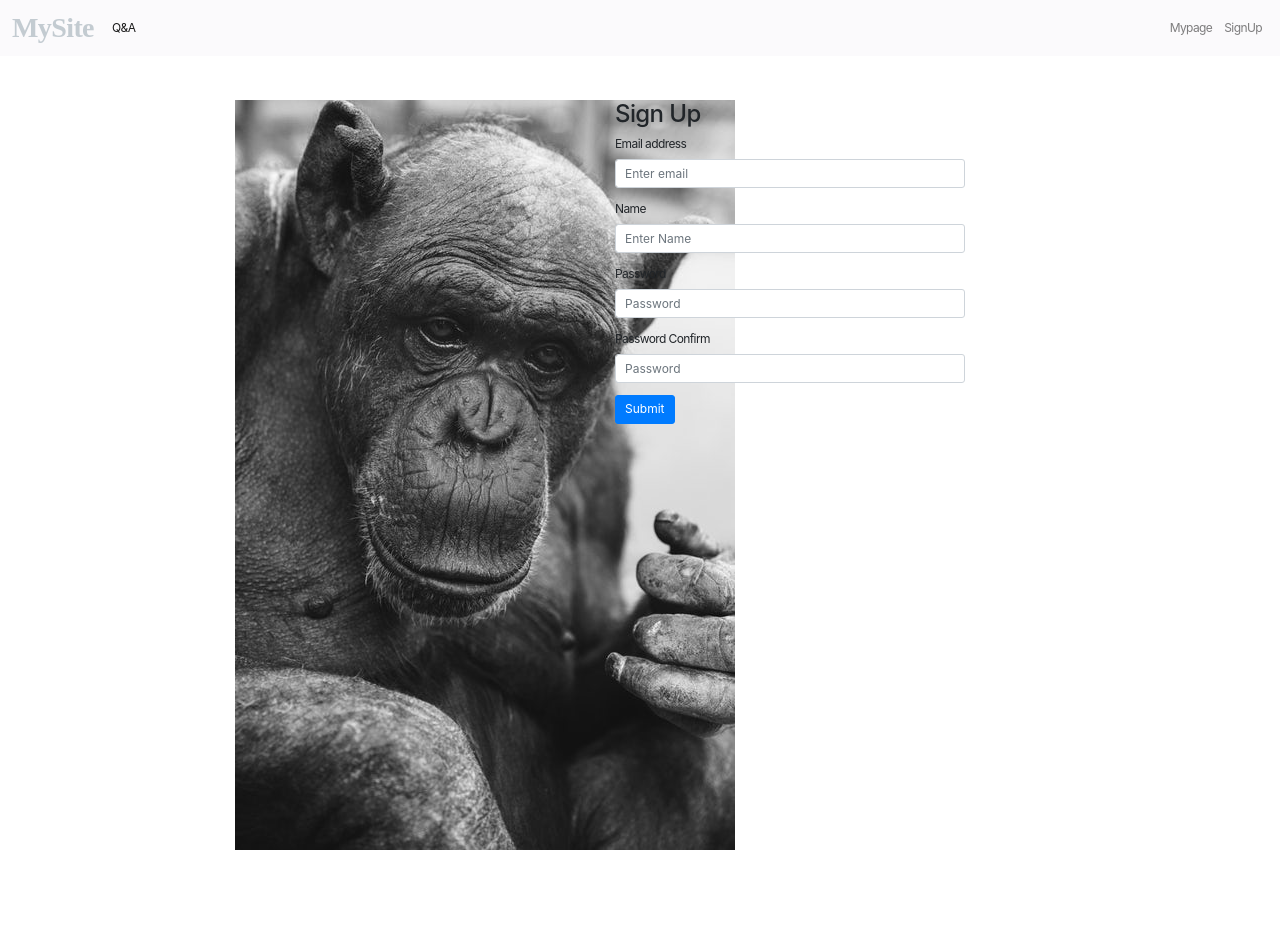
Repository: JungSWon/Project
Page: http://localhost/signup
The author's editor kept a record of every edit. The page is drawn from the files as they stood at one moment, then again after the next edit.
The browser window is 1280 px wide. The pictures show the whole page.
Some web fonts or font styles are not loaded; a fallback is used. The page is served by the project's application, run on Django 2.2 (pj05/manage.py). Other server files are loaded and not shown.

Above is the page before.

### 05_detail/pj05/detail/views.py
from django.shortcuts import render

# Create your views here.
def index(request):
    return render(request,'index.html')

def qna(request):
    return render(request,'qna.html')


def mypage(request):
    return render(request,'mypage.html')


def signup(request):
    return render(request,'signup.html')

def notfound(request,noturl):
    return render(request,'notfound.html',{'noturl':noturl})

### 05_detail/pj05/detail/templates/signup.html
{% extends 'base.html' %}

{% block title %}
프로젝트공오다시디테일 - Sign Up
{% endblock %}


{% block body %}
<div class="page-body container">
    <!-- style='margin-top: 100px;'-->
    <div class="row">
        <div class="col-2">
        </div>
        <div class="image col-4">
            <img src="../static/assets/signup.jpg" alt="">
        </div>
        <div class="submit_form col-4">
            <h2>Sign Up</h2>
            <form>
                <div class="form-group">
                     <label for="exampleInputEmail1">Email address</label>
                     <input type="email" class="form-control" id="exampleInputEmail1" aria-describedby="emailHelp" placeholder="Enter email">
                </div>
                <div class="form-group">
                    <label for="exampleInputEmail1">Name</label>
                    <input type="email" class="form-control" id="exampleInputEmail1" aria-describedby="emailHelp" placeholder="Enter Name">
                </div>
                <div class="form-group">
                    <label for="exampleInputPassword1">Password</label>
                    <input type="password" class="form-control" id="exampleInputPassword1" placeholder="Password">
                </div>
                <div class="form-group">
                    <label for="exampleInputPassword1">Password Confirm</label>
                    <input type="password" class="form-control" id="exampleInputPassword1" placeholder="Password">
                </div>
                <button type="submit" class="btn btn-primary">Submit</button>
            </form>
        </div>
        <div class="col-2" >
        </div>
    </div>
</div>
{% endblock %}

### 05_detail/pj05/detail/templates/base.html
{% load static %}
<!DOCTYPE html>
<html lang="ko">
    <head>
        <meta charset="UTF-8">
        <meta name="viewport" content="width=device-width, initial-scale=1.0">
        <meta http-equiv="X-UA-Compatible" content="ie=edge">
        <link rel="stylesheet" href="https://stackpath.bootstrapcdn.com/bootstrap/4.3.1/css/bootstrap.min.css" integrity="sha384-ggOyR0iXCbMQv3Xipma34MD+dH/1fQ784/j6cY/iJTQUOhcWr7x9JvoRxT2MZw1T" crossorigin="anonymous">
        <link rel='stylesheet' href="{% static 'css/style.css' %}">
        <!--/pj05/detail/static/css/style.css-->
        <link href="https://fonts.googleapis.com/css?family=Baloo+Thambi|Noto+Sans+KR:400,700,900|Work+Sans:400,700,900" rel="stylesheet">
        <!--<link rel ='icon' type='image/png' sizes="96x96" href="{% static 'assets/icons8-finn-96.png' %}">-->
        <title>{% block title %}{% endblock %}</title>
    </head>

<body>
        <nav class="navbar col-12 navbar-expand-sm navbar-light bg-fad sticky-top">
        <a class="navbar-brand" href="#"> MySite </a>
        <button class="navbar-toggler" type="button" data-toggle="collapse" data-target="#navbarNav" aria-controls="navbarNav" aria-expanded="false" aria-label="Toggle navigation">
            <span class="navbar-toggler-icon"></span>
        </button>
        <div class="navbar-nav">
            <li class="nav-item active" id="navbarNav">
                <a class="nav-link" href="/qna">Q&A <span class="sr-only">(current)</span></a>
            </li>
        </div>
        <div class="collapse navbar-collapse" id="navbarNav">
            <ul class="navbar-nav">
                <li class="nav-item">
                    <a class="nav-link" href="/mypage">Mypage</a>
                </li>
                <li class="nav-item">
                    <a class="nav-link" href="/signup">SignUp</a>
                </li>
            </ul>
        </div>
        </nav>

        <script src="https://code.jquery.com/jquery-3.3.1.slim.min.js" integrity="sha384-q8i/X+965DzO0rT7abK41JStQIAqVgRVzpbzo5smXKp4YfRvH+8abtTE1Pi6jizo" crossorigin="anonymous"></script>
        <script src="https://cdnjs.cloudflare.com/ajax/libs/popper.js/1.14.7/umd/popper.min.js" integrity="sha384-UO2eT0CpHqdSJQ6hJty5KVphtPhzWj9WO1clHTMGa3JDZwrnQq4sF86dIHNDz0W1" crossorigin="anonymous"></script>
        <script src="https://stackpath.bootstrapcdn.com/bootstrap/4.3.1/js/bootstrap.min.js" integrity="sha384-JjSmVgyd0p3pXB1rRibZUAYoIIy6OrQ6VrjIEaFf/nJGzIxFDsf4x0xIM+B07jRM" crossorigin="anonymous"></script>
    {% block body %}
    {% endblock %}
</body>
</html>

### 05_detail/pj05/pj05_detail/urls.py
"""pj05_detail URL Configuration

The `urlpatterns` list routes URLs to views. For more information please see:
    https://docs.djangoproject.com/en/2.1/topics/http/urls/
Examples:
Function views
    1. Add an import:  from my_app import views
    2. Add a URL to urlpatterns:  path('', views.home, name='home')
Class-based views
    1. Add an import:  from other_app.views import Home
    2. Add a URL to urlpatterns:  path('', Home.as_view(), name='home')
Including another URLconf
    1. Import the include() function: from django.urls import include, path
    2. Add a URL to urlpatterns:  path('blog/', include('blog.urls'))
"""
from django.contrib import admin
from django.urls import path
from detail import views

urlpatterns = [
    path('admin/', admin.site.urls),
    path('', views.index),
    path('mypage', views.mypage),
    path('notfound', views.notfound),
    path('qna', views.qna),
    path('signup', views.signup),
]

### 05_detail/pj05/detail/static/css/style.css
html{
    font-size: 12px;
    font-family: 'Work Sans', sans-serif;
    font-family: 'Noto Sans KR', sans-serif;
    letter-spacing: -0.05em;
}


.navbar {
    padding-top: 10px;
    padding-bottom: 10px;
    background-color: rgba(210, 208, 222, 0.1);
    position: absolute;
}



    /* 아이템 좌측이동 */
.collapse.navbar-collapse {
    justify-content: flex-end;
}

#navbarNav {
    color: #c3cbd1;
}


    /* 네브바 좌측 대표이름, 로고 */
.navbar-light .navbar-brand {
    font-family: 'Baloo Thambi', cursive;
    font-size: 28px;
    line-height: 1;
    font-weight: 700;
    color: #c3cbd1;
}




/*index*/


#cover{
    display: flex;
    justify-content: flex-start;
    align-items: center;
    height: 350px;
    background-size: cover;
    background-position: center center;
    color: floralwhite;
    background-image: url('/static/assets/cover.jpg');
}

.cover-title{
    font-size: 60px;
    line-height: 1.15;
    font-weight: 700;
    margin-bottom: 20px;
    display: flex;
    justify-content: center;
}




#footer{
    padding: 0 1rem 0 3rem;
    height: 50px;
    background-color: #607485;
    color: #121312;
    display: flex;
    align-items: flex-end;
}


.footer-copy{
    letter-spacing: -0.04;
    display: flex;
    align-items: flex-end;
    font-size: 20px;
}



a.top{
    line-height: 2rem;
    margin-bottom: 10px;
}

a.top img{
    width: 30px;
    height: 30px;
    position: relative;
}



.page-body{
    margin: 100px 30px;
}


/*signup*/
.signup-t{
    margin:30px 0;
}





/*Q&A*/
.qnatitle{
    margin:30px 0;
    display: flex;
    justify-content: center;
}





/*mypage*/

.mypage-body{
    margin: 100px 200px;
}

.image-cropper {
    width: 184px;
    height: 184px;
    position: relative;
    overflow: hidden;
    border-radius: 50%;
    margin-left: 5px;
}

.card-img-top round {
    margin: auto 0;
    height: auto;
    width: 100%;
}


/*notfound*/

#notfound-cover{
    background-color: #FBE725;
    color: #181818;

}

After the next edit:
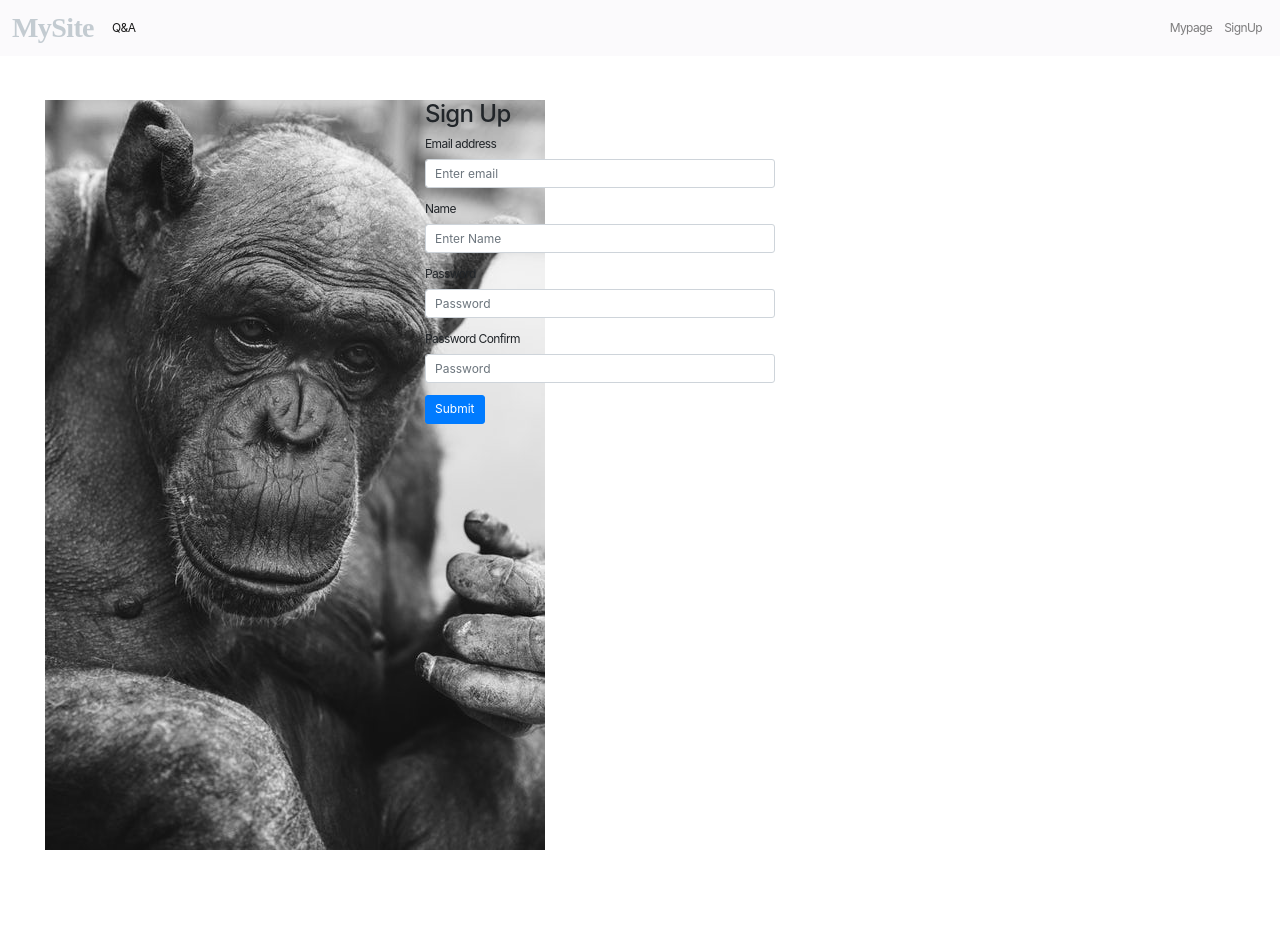
The edit:
--- a/05_detail/pj05/detail/templates/signup.html
+++ b/05_detail/pj05/detail/templates/signup.html
@@ -9,8 +9,6 @@
 <div class="page-body container">
     <!-- style='margin-top: 100px;'-->
     <div class="row">
-        <div class="col-2">
-        </div>
         <div class="image col-4">
             <img src="../static/assets/signup.jpg" alt="">
         </div>
